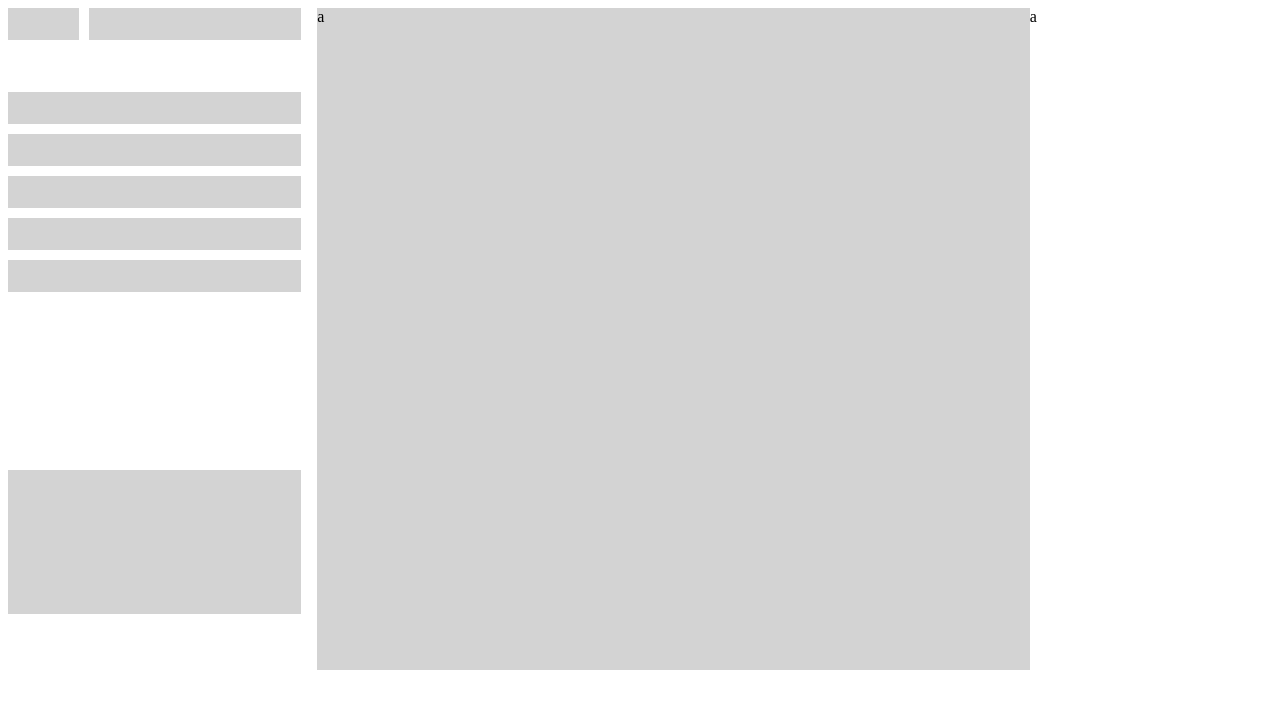
Repository: tr2cky/exercise2
Page: index.html
An editor plug-in stored every save of this project. The page is shown before and after the next save, followed by the edit.
The browser window is 1280 px wide. The pictures show the whole page.

Above is the page before, as saved 2022-10-01 11:42:58.

After the next save:
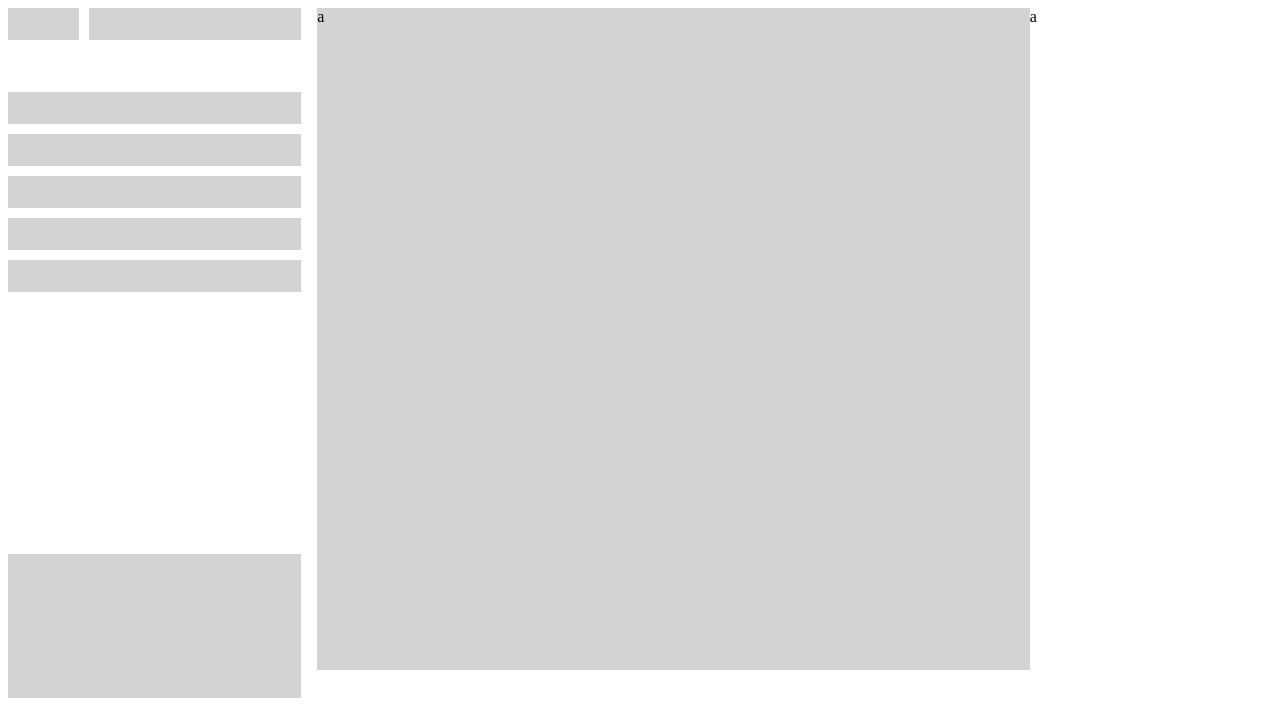
Saved 14 s later.
--- a/style.css
+++ b/style.css
@@ -47,6 +47,6 @@ main {
 }
 #box8 {
     grid-column: 1/3;
-    grid-row: 12;
+    grid-row: 14;
     height: 9em;
 }
